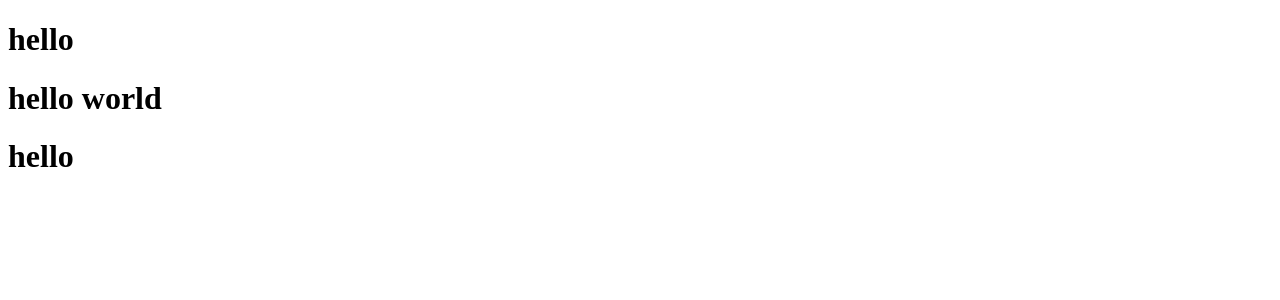
Repository: pro-hk/jsp
Page: http://localhost/chap06/express_language_01.jsp
The author's editor kept a copy of each file at every save. The page is drawn from the files as they stood at one save, then again after the next save.
The browser window is 1280 px wide. The pictures show the whole page.
The page is served by Tomcat 9. Other server files are loaded and not shown.

Above is the page before, as saved 2022-01-25 06:10:55.

### chap06/src/main/webapp/express_language_01.jsp
<%@ page language="java" contentType="text/html; charset=UTF-8"
    pageEncoding="UTF-8"%>
<!DOCTYPE html>
<html>
<head>
<meta charset="UTF-8">
<title>Insert title here</title>
</head>
<body>
	<h1><% out.print("hello"); %></h1>
	<h1><%= "hello world" %></h1>
	<h1>${"hello"}</h1>
</body>
</html>

After the next save:
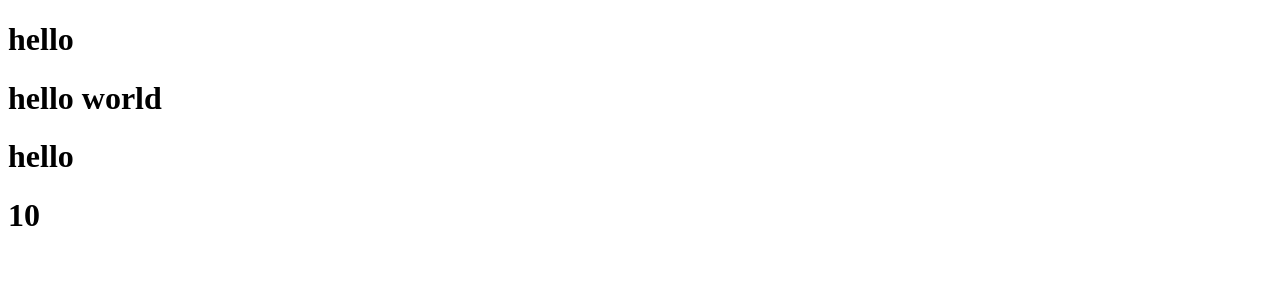
Saved 19 s later.
--- a/chap06/src/main/webapp/express_language_01.jsp
+++ b/chap06/src/main/webapp/express_language_01.jsp
@@ -10,5 +10,6 @@
 	<h1><% out.print("hello"); %></h1>
 	<h1><%= "hello world" %></h1>
 	<h1>${"hello"}</h1>
+	<h1>${10}</h1>
 </body>
 </html>
